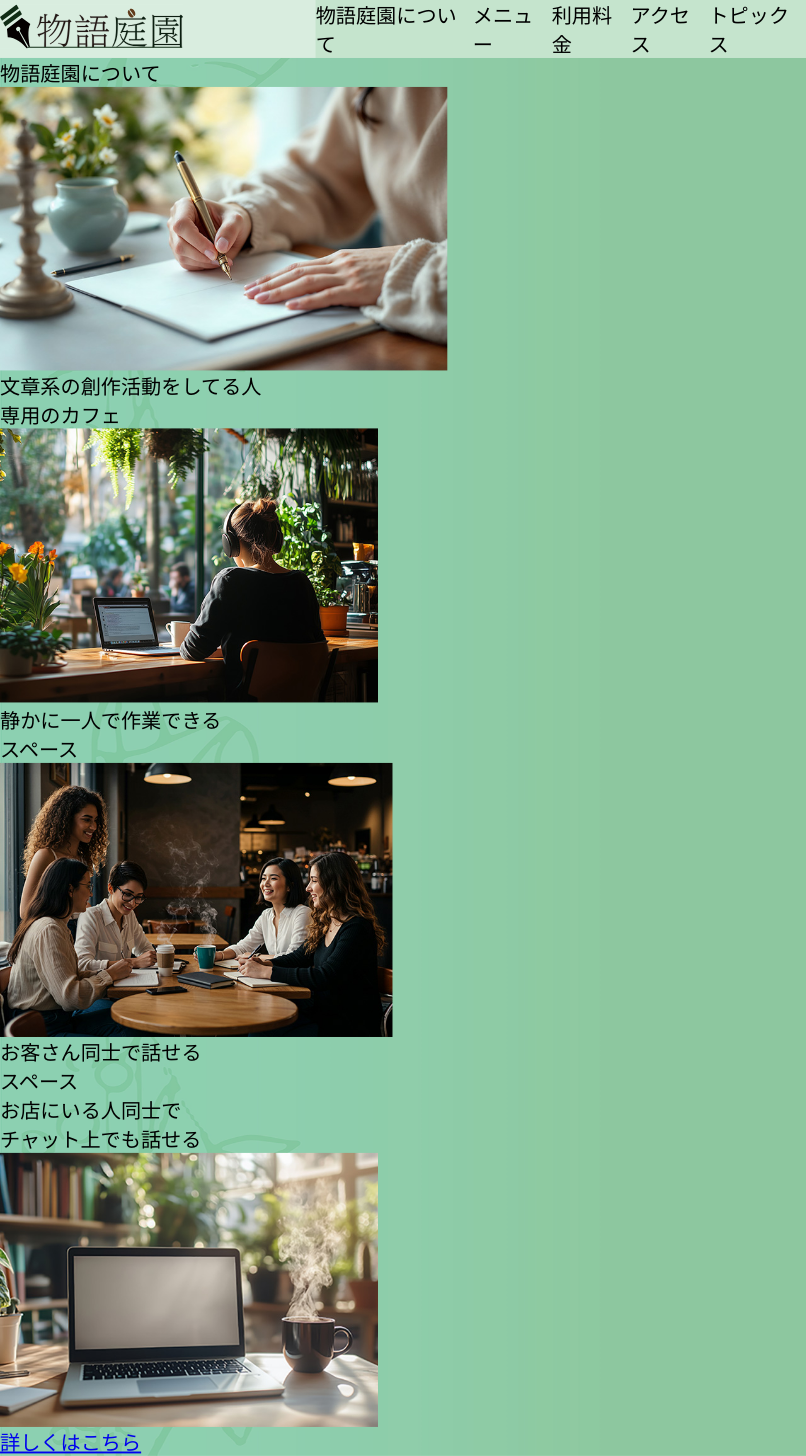
Repository: saka-kou/GardenStory
Page: index.html
An editor plug-in stored every save of this project. The page is shown before and after the next save, followed by the edit.
The browser window is 1280 px wide. The pictures show the whole page, at 63% of full size.
Some web fonts or font styles are not loaded; a fallback is used.

Above is the page before, as saved 2025-07-23 17:32:12.

After the next save:
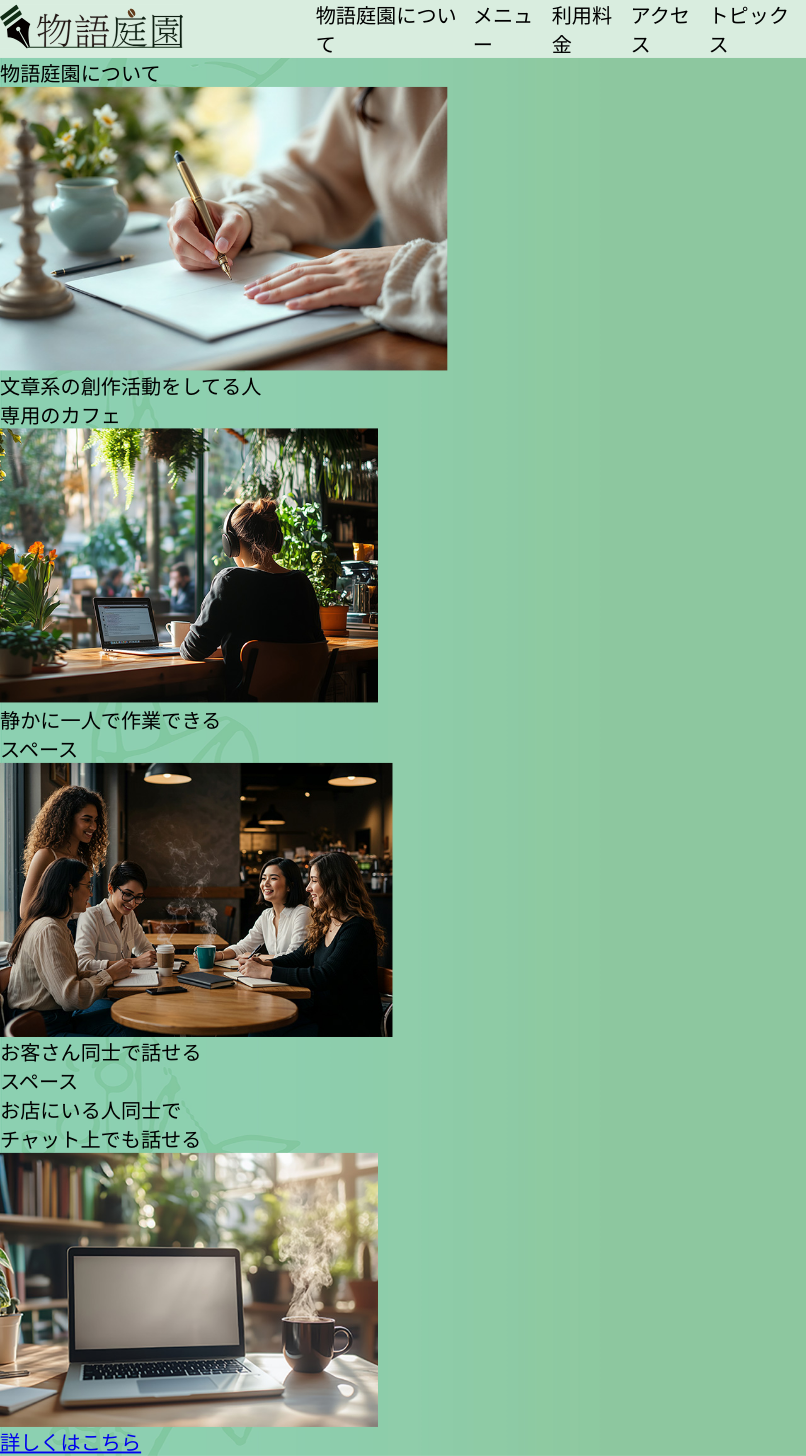
Saved 43 s later.
--- a/css/index.css
+++ b/css/index.css
@@ -17,7 +17,6 @@ header{
     display: flex;
     list-style-type: none;
     width: 100%;
-    background-color: rgba(171, 215, 183, 0.45);
 }
 .consept-text{
     font-family: "Kaisei Opti", serif;
